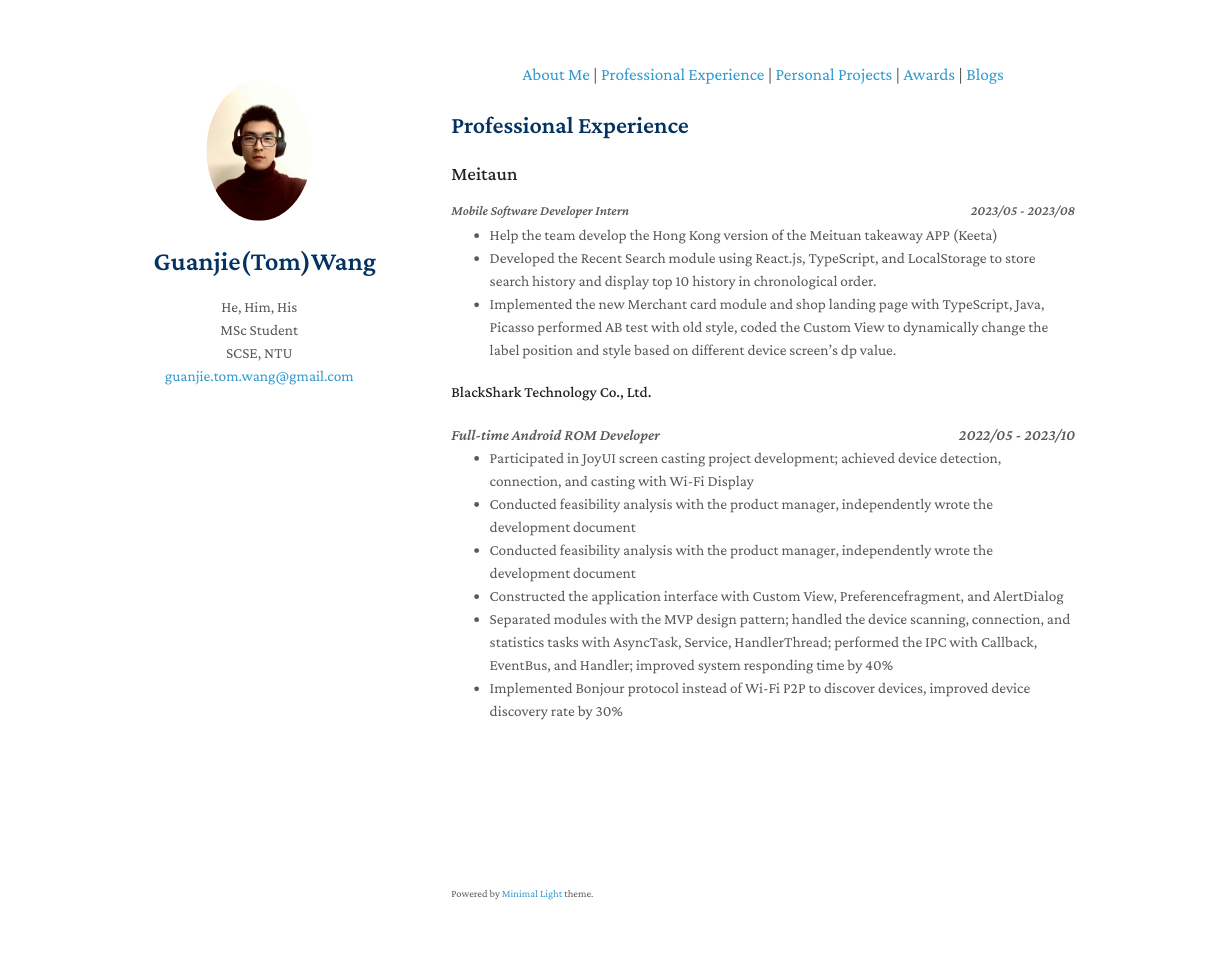
Repository: guanjie01/aboutme
Page: html/professional.html
The author's editor kept a copy of each file at every save. The page is drawn from the files as they stood at one save, then again after the next save.
The browser window is 1280 px wide. The pictures show the whole page, at 96% of full size.

Above is the page before, as saved 2023-08-01 00:01:03.

### html/professional.html
<!DOCTYPE html>
<html lang="en" class="">

<head>
  <meta http-equiv="Content-Type" content="text/html; charset=UTF-8" />
  <title>Guanjie Wang</title>
  <link rel="shortcut icon" href="../assert/Icon.ico" />
  <meta http-equiv="X-UA-Compatible" content="IE=edge" />
  <meta name="viewport" content="width=device-width, initial-scale=1" />
  <meta name="description"
    content="The Minimal Light is a simple and elegant jekyll theme for academic personal homepage." />

  <meta name="keywords" content="minimal academic" />

  <link rel="stylesheet" href="../css/academicons.min.css" />

  <link rel="stylesheet" href="../css/all.min.css" />

  <link rel="stylesheet" href="../css/style.css" />
  <link type="text/css" rel="stylesheet" charset="UTF-8" href="../css/translateelement.css" />
</head>
<script src="../js/Professional.js"></script>

<body data-new-gr-c-s-check-loaded="14.1087.0" data-gr-ext-installed="">
  <div id="app">
    <div class="spinner">
      <div class="rect1"></div>
      <div class="rect2"></div>
      <div class="rect3"></div>
      <div class="rect4"></div>
      <div class="rect5"></div>
    </div>
    <p style="text-align: center; font-size: 28px">Loading, please wait...</p>
  </div>
  <div class="wrapper">
    <header id="hd">
      <a class="image avatar"><img src="../assert/Photo.jpg" alt="avatar" oncontextmenu="return false" /></a>

      <h1>Guanjie(Tom)Wang</h1>
      He, Him, His
      <br />
      MSc Student
      <br />

      SCSE, NTU

      <br />
      <a href="mailto: guanjie.tom.wang@gmail.com">guanjie.tom.wang@gmail.com</a>
    </header>
    <section id="main">
      <nav id="nav">
        <a href="https://o-guanjiewang-o.github.io/guanjiewang.com/index.html">About Me</a>
        |
        <a href="https://o-guanjiewang-o.github.io/guanjiewang.com/html/professional.html">Professional Experience</a>
        |
        <a href="https://o-guanjiewang-o.github.io/guanjiewang.com/html/project.html">Personal Projects</a>
        |
        <a href="https://o-guanjiewang-o.github.io/guanjiewang.com/html/awards.html">Awards</a>
        |
        <a href="https://o-guanjiewang-o.github.io/guanjiewang.com/html/blogs.html">Blogs</a>
      </nav>
      <br />
      <div id="work-experience">
        <h2>Professional Experience</h2>
        <div>
          <div>
          <p>
            <strong style="float: left; margin-right: 10px;font-size: 20px;">Meitaun</strong>
          </p>
        </div>
          <br />
          <div>
          <p>
            <em style="float: left; font-size: 14px;">Mobile Software Developer Intern</em>
            <em style="float: right; margin-left: 10px;font-size: 14px;">2023/05 - 2023/08</em>
          </p>
        </div>
          <br />
          <ul>
            <li>
              Help the team develop the Hong Kong version of the Meituan
              takeaway APP (Keeta)
            </li>
            <li>
              Developed the Recent Search module using React.js, TypeScript,
              and LocalStorage to store search history and display top 10
              history in chronological order.
            </li>
            <li>
              Implemented the new Merchant card module and shop landing page
              with TypeScript, Java, Picasso performed AB test with old style,
              coded the Custom View to dynamically change the label position
              and style based on different device screen’s dp value.
            </li>
          </ul>
        </div>
        <div>
          <div>
          <p>
            <strong style="float: left; margin-right: 10px">BlackShark Technology Co., Ltd.</strong>
          </p>
        </div>
          <br />
          <div>
          <p>
            <em style="float: left;font-size: 16px;">Full-time Android ROM Developer</em>
            <em style="float: right; margin-left: 10px;font-size: 16px;">2022/05 - 2023/10</em>
          </p>
        </div>
          <br />
          <ul>
            <li>
              Participated in JoyUI screen casting project development;
              achieved device detection, connection, and casting with Wi-Fi
              Display
            </li>
            <li>
              Conducted feasibility analysis with the product manager,
              independently wrote the development document
            </li>
            <li>
              Conducted feasibility analysis with the product manager,
              independently wrote the development document
            </li>
            <li>
              Constructed the application interface with Custom View,
              Preferencefragment, and AlertDialog
            </li>
            <li>
              Separated modules with the MVP design pattern; handled the
              device scanning, connection, and statistics tasks with
              AsyncTask, Service, HandlerThread; performed the IPC with
              Callback, EventBus, and Handler; improved system responding time
              by 40%
            </li>
            <li>
              Implemented Bonjour protocol instead of Wi-Fi P2P to discover
              devices, improved device discovery rate by 30%
            </li>
          </ul>
        </div>
      </div>

      <div id="reference">
        <br /><br /><br /><br /><br /><br />

        <p>
          <small>Powered by
            <a href="https://github.com/yaoyao-liu/minimal-light" target="_blank" rel="noopener">Minimal Light</a>
            theme.</small>
        </p>
      </div>
    </section>
  </div>
</body>

</html>

### css/style.css
@import url("https://fonts.googleapis.com/css2?family=Crimson+Pro:ital,wght@0,400;0,500;0,600;1,600&display=swap");
@import url("https://fonts.googleapis.com/css2?family=Ubuntu+Mono&display=swap");
body {
  background-color: #fff;
  padding: 0px;
  font: 16px/1.5 Crimson Pro, serif;
  color: #595959;
  font-weight: 400;
  margin: 0;
}
@keyframes fadeInAnimation {
  0% {
    opacity: 0; /*设置不透明度*/
  }
  100% {
    opacity: 1;
  }
}
.social-icons a {
  display: inline-block;
  height: 3rem;
  width: 3rem;
  background-color: #495057;
  color: #fff !important;
  border-radius: 100%;
  text-align: center;
  font-size: 1.5rem;
  line-height: 3.1rem;
  margin-right: 1rem;
}
.social-icons a:last-child {
  margin-right: 0;
}
.social-icons a:hover {
  background-color: #000000;
}
autocolor {
  color: #494949;
}
lightonly {
  visibility: visible;
}
darkonly {
  visibility: hidden;
}
education {
  font-weight: 500;
  font-size: 115%;
}
papertitle {
  font-weight: 600;
  font-size: 100%;
}
@media (prefers-color-scheme: dark) {
  body {
    background-color: #20212b;
    color: #dadbdf;
  }
  autocolor {
    color: #dadbdf;
  }
  lightonly {
    visibility: hidden;
  }
  darkonly {
    visibility: visible;
  }
  papertitle {
    color: #eeeff0;
  }
}
.image {
  border-radius: 0.35em;
  border: 0;
  display: inline-block;
  position: relative;
}
.image:before {
  -moz-transition: opacity 0.2s ease-in-out;
  -webkit-transition: opacity 0.2s ease-in-out;
  -ms-transition: opacity 0.2s ease-in-out;
  transition: opacity 0.2s ease-in-out;
  border-radius: 0.35em;
  content: "";
  display: block;
  height: 100%;
  left: 0;
  opacity: 0.5;
  position: absolute;
  top: 0;
  width: 100%;
}
.image.avatar {
  border-radius: 100%;
}
.image.avatar:before {
  display: none;
}
.image.avatar img {
  border-radius: 100%;
  width: 50%;
  padding: 20px;
}
#header .image.avatar {
  margin: 0 0 1em 0;
  width: 8em;
}
h1,
h3,
h4,
h5,
h6 {
  font-weight: 600;
  color: #043361;
  margin: 0 0 20px;
}
h2 {
  color: #043361;
  margin: 2px 0px 15px;
  font-size: 157%;
}
@media (prefers-color-scheme: dark) {
  h1,
  h3,
  h4,
  h5,
  h6 {
    color: #3eb7f0;
  }
  h2 {
    color: #3eb7f0;
  }
}
p,
ul,
ol,
table,
pre,
dl {
  margin: 0 0 20px;
}
h1,
h2,
h3 {
  line-height: 1.1;
}
h1 {
  font-size: 28px;
}
a {
  color: #39c;
  text-decoration: none;
}
a:hover {
  color: #069;
}
@media (prefers-color-scheme: dark) {
  a {
    color: #3eb7f0;
  }
}
a small {
  font-size: 11px;
  color: #777;
  margin-top: -0.3em;
  display: block;
}
a:hover small {
  color: #777;
}
.wrapper {
  width: 960px;
  margin: 0 auto;
}
blockquote {
  border-left: 1px solid #e5e5e5;
  margin: 0;
  padding: 0 0 0 20px;
  font-style: italic;
}
code,
pre {
  font-family: Monaco, Bitstream Vera Sans Mono, Lucida Console, Terminal,
    Consolas, Liberation Mono, DejaVu Sans Mono, Courier New, monospace;
  color: #333;
}
pre {
  max-width: 500px;
  padding: 8px 15px;
  background: #f8f8f8;
  border-radius: 5px;
  border: 1px solid #e5e5e5;
  overflow-x: auto;
}
table {
  width: 100%;
  border-collapse: collapse;
}
th,
td {
  text-align: left;
  padding: 5px 10px;
  border-bottom: 1px solid #e5e5e5;
}
dt {
  color: #444;
  font-weight: 500;
}
th {
  color: #444;
}
@media (prefers-color-scheme: dark) {
  th {
    color: #3eb7f0;
  }
  dt {
    color: #3eb7f0;
  }
}
img {
  max-width: 100%;
}
header {
  width: 220px;
  float: left;
  position: fixed;
  -webkit-font-smoothing: subpixel-antialiased;
  padding-top: 4em;
  text-align: center;
  animation: 1s fadeInAnimation;
  animation-iteration-count: 1;
  animation-fill-mode: forwards;
}
nav {
  text-align: center;
  font-size: large;
  animation: 1s fadeInAnimation;
  animation-iteration-count: 1;
  animation-fill-mode: forwards;
}
#about-me {
  animation: 1s fadeInAnimation;
  animation-iteration-count: 1;
  animation-fill-mode: forwards;
}
#work-experience {
  animation: 1s fadeInAnimation;
  animation-iteration-count: 1;
  animation-fill-mode: forwards;
}

#project {
  animation: 1s fadeInAnimation;
  animation-iteration-count: 1;
  animation-fill-mode: forwards;
}
#Awards {
  animation: 1s fadeInAnimation;
  animation-iteration-count: 1;
  animation-fill-mode: forwards;
}
#reference {
  animation: 1s fadeInAnimation;
  animation-iteration-count: 1;
  animation-fill-mode: forwards;
}
header ul {
  list-style: none;
  height: 40px;
  padding: 0;
  background: #f4f4f4;
  border-radius: 5px;
  border: 1px solid #e0e0e0;
  width: 270px;
}
header li {
  width: 89px;
  float: left;
  border-right: 1px solid #e0e0e0;
  height: 40px;
}
header li:first-child a {
  border-radius: 5px 0 0 5px;
}
header li:last-child a {
  border-radius: 0 5px 5px 0;
}
header ul a {
  line-height: 1;
  font-size: 11px;
  color: #999;
  display: block;
  text-align: center;
  padding-top: 6px;
  height: 34px;
}
header ul a:hover {
  color: #999;
}
header ul a:active {
  background-color: #f0f0f0;
}
strong {
  color: #222;
  font-weight: 500;
}
@media (prefers-color-scheme: dark) {
  strong {
    color: #eeeff0;
  }
}
header ul li + li + li {
  border-right: none;
  width: 89px;
}
header ul a strong {
  font-size: 14px;
  display: block;
  color: #222;
}
section {
  width: 650px;
  float: right;
  padding-top: 4em;
  padding-bottom: 50px;
}
small {
  font-size: 11px;
}
hr {
  border: 0;
  background: #e5e5e5;
  height: 1px;
  margin: 0 0 20px;
}
footer {
  width: 220px;
  float: left;
  position: fixed;
  bottom: 30px;
  -webkit-font-smoothing: subpixel-antialiased;
  text-align: center;
}
@media print, screen and (max-width: 960px) {
  div.wrapper {
    width: auto;
    margin: 0;
  }
  header,
  section,
  footer {
    float: none;
    position: static;
    width: auto;
  }
  header {
    padding-right: 320px;
  }
  section {
    border: 1px solid #e5e5e5;
    border-width: 1px 0;
    padding: 20px 0;
    margin: 0 0 20px;
  }
  header a small {
    display: inline;
  }
  header ul {
    position: absolute;
    right: 50px;
    top: 52px;
  }
  .image.avatar img {
    border-radius: 100%;
    width: 117px;
    padding: 20px;
  }
  #head1o2 {
    visibility: hidden;
  }
  #head2o2 {
    visibility: hidden;
  }
}
@media print, screen and (max-width: 960px) {
  body {
    word-wrap: break-word;
    padding: 15px;
  }
  header {
    padding: 0;
  }
  pre,
  code {
    word-wrap: normal;
  }
}
@media print, screen and (max-width: 480px) {
  body {
    padding: 15px;
  }
  header ul {
    width: 99%;
  }
  header li,
  header ul li + li + li {
    width: 33%;
  }
  .image.avatar img {
    border-radius: 100%;
    width: 95px;
    padding: 20px;
  }
  #head1o2 {
    visibility: hidden;
  }
  #head2o2 {
    visibility: hidden;
  }
}
@media print {
  body {
    padding: 0.4in;
    font-size: 12pt;
    color: #444;
  }
}
.biblink {
  text-decoration: none;
  display: inline;
  margin-right: 0px;
}
.fakelink {
  text-decoration: none;
  cursor: pointer;
}
.bibref {
  font-size: 70%;
  margin-top: 10px;
  margin-left: 0px;
  display: none;
  font-family: monospace;
}

.spinner {
  margin: 50px auto;
  width: 300px;
  height: 300px;
  text-align: center;
  font-size: 10px;
}

.spinner > div {
  background-color: #043361;
  height: 100%;
  width: 20px;
  display: inline-block;
  -webkit-animation: stretchDelay 1.2s infinite ease-in-out;
  animation: stretchDelay 1.2s infinite ease-in-out;
}

.spinner .rect2 {
  margin-left: 30px;
  -webkit-animation-delay: -1.1s;
  animation-delay: -1.1s;
}

.spinner .rect3 {
  margin-left: 30px;
  -webkit-animation-delay: -1s;
  animation-delay: -1s;
}

.spinner .rect4 {
  margin-left: 30px;
  -webkit-animation-delay: -0.9s;
  animation-delay: -0.9s;
}

.spinner .rect5 {
  margin-left: 30px;
  -webkit-animation-delay: -0.8s;
  animation-delay: -0.8s;
}

@-webkit-keyframes stretchDelay {
  0%,
  40%,
  100% {
    -webkit-transform: scaleY(0.4);
  }
  20% {
    -webkit-transform: scaleY(1);
  }
}

@keyframes stretchDelay {
  0%,
  40%,
  100% {
    transform: scaleY(0.4);
    -webkit-transform: scaleY(0.4);
  }
  20% {
    transform: scaleY(1);
    -webkit-transform: scaleY(1);
  }
}

Loaded but not shown: css/academicons.min.css (library); css/all.min.css (library); js/Professional.js (22 lines, source omitted); css/translateelement.css (924 lines, source omitted)

After the next save:
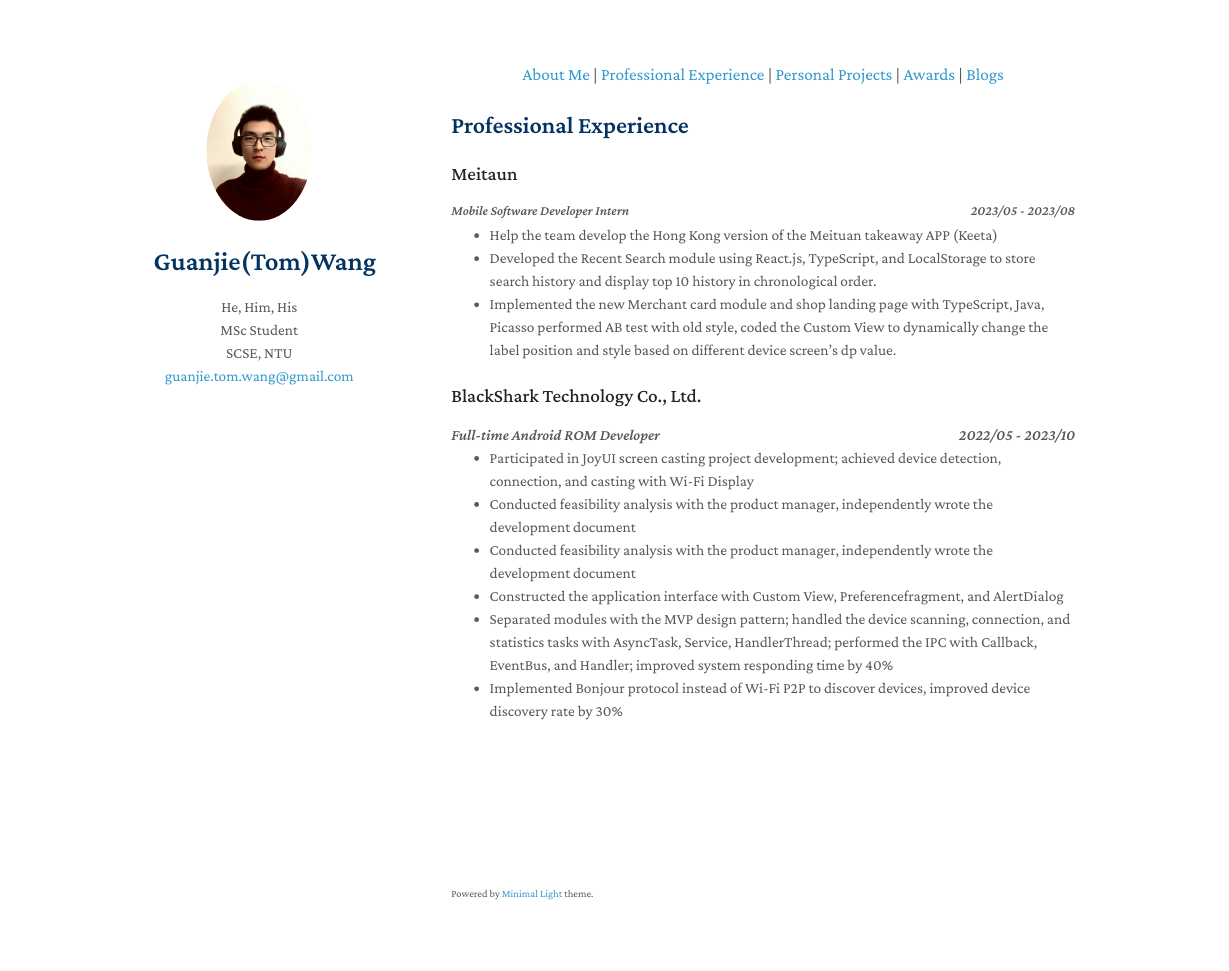
Saved 10 s later.
--- a/html/professional.html
+++ b/html/professional.html
@@ -97,7 +97,7 @@
         <div>
           <div>
           <p>
-            <strong style="float: left; margin-right: 10px">BlackShark Technology Co., Ltd.</strong>
+            <strong style="float: left; margin-right: 10px;font-size: 20px;">BlackShark Technology Co., Ltd.</strong>
           </p>
         </div>
           <br />
